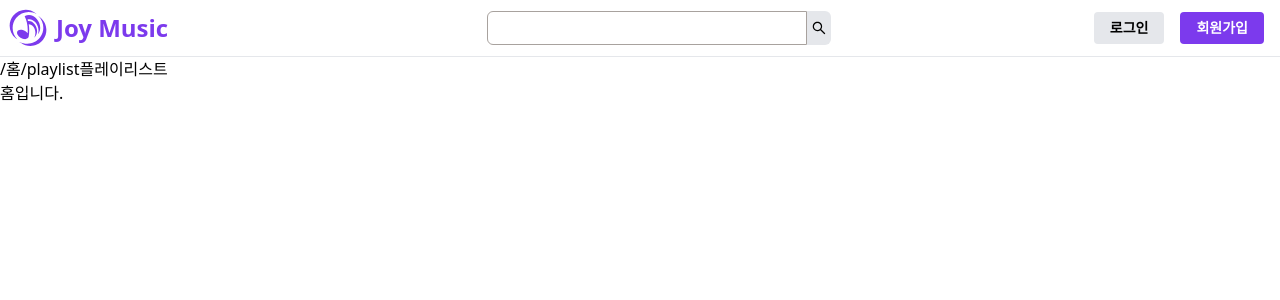
Repository: momo0170/joy-music
Page: /
An editor plug-in stored every save of this project. The page is shown before and after a run of saves, followed by the edit.
The browser window is 1280 px wide. The pictures show the whole page.
The project was rebuilt for these pictures with package versions that can differ from the ones it lists, and the page was loaded fresh each time. Also part of the build but not shown: src/App.css, src/router/Playlist.jsx.

Above is the page before, as saved 2023-09-25 14:24:42.

### public/index.html
<!DOCTYPE html>
<html lang="en">
  <head>
    <meta charset="utf-8" />
    <link rel="icon" href="%PUBLIC_URL%/favicon.ico" />
    <meta name="viewport" content="width=device-width, initial-scale=1" />
    <meta name="theme-color" content="#000000" />
    <meta
      name="description"
      content="Web site created using create-react-app"
    />
    <link rel="apple-touch-icon" href="%PUBLIC_URL%/logo192.png" />
    <!-- <link rel="manifest" href="%PUBLIC_URL%/manifest.json" /> -->

    <title>Joy Music</title>
  </head>
  <body>
    <div id="root"></div>
  </body>
</html>

### src/index.js
import React from 'react';
import ReactDOM from 'react-dom/client';
import './index.css';
import App from './App';
import { RouterProvider, createBrowserRouter } from 'react-router-dom';
import Home from './router/Home';
import Playlist from './router/Playlist';

const router = createBrowserRouter([
  {
    path: '/',
    element: <App />,
    children: [
      {
        index: true,
        element: <Home />,
      },
      {
        path: '/playlist',
        element: <Playlist />,
      },
    ],
  },
]);

const root = ReactDOM.createRoot(document.getElementById('root'));
root.render(
  <RouterProvider router={router}>
    <App />
  </RouterProvider>
);

### src/App.js
import { Outlet } from 'react-router-dom';
import './App.css';
import Header from './components/Header';
import MenuBar from './components/MenuBar';

function App() {
  return (
    <>
      <Header />
      <div>
        <MenuBar />
        <Outlet />
      </div>
    </>
  );
}

export default App;

### src/router/Home.jsx
import React from 'react';

export default function Home() {
  return <div>홈입니다.</div>;
}

### src/components/Header.jsx
import React from 'react';
import { GiMusicSpell } from 'react-icons/gi';
import { AiOutlineSearch } from 'react-icons/ai';
import { Link } from 'react-router-dom';

export default function Header() {
  return (
    <header className="flex justify-between p-2 border-b h-13 items-center">
      <Link to="/" className="flex items-center">
        <GiMusicSpell
          size="40"
          color="#7c3aed"
          className="hover:animate-spin"
        />
        <div className="text-violet-600 text-2xl ml-2 font-bold">Joy Music</div>
      </Link>

      <form className="flex transform translate-x-8">
        <input
          type="text"
          className="rounded-l-md border border-stone-400 p-1 px-2 focus:shadow-inner2 outline-none focus:border-violet-600 placeholder:text-sm hover:shadow-hoverInput hover:border-hoverInput w-80"
        />
        <button className="bg-gray-200 p-1 rounded-r-md box-border hover:bg-gray-300">
          <AiOutlineSearch />
        </button>
      </form>
      <div className="flex">
        <button className="bg-gray-200 mx-2 px-4 py-1.5 rounded text-sm font-semibold hover:bg-gray-300">
          로그인
        </button>
        <button className="bg-violet-600 text-white mx-2 px-4 py-1.5 rounded text-sm font-semibold hover:bg-violet-700">
          회원가입
        </button>
      </div>
    </header>
  );
}

### src/components/Menubar.jsx
import React from 'react';

export default function MenuBar() {
  const list = [
    ['/', '홈'],
    ['/playlist', '플레이리스트'],
  ];
  return <aside>{list}</aside>;
}

### tailwind.config.js
/** @type {import('tailwindcss').Config} */
module.exports = {
  content: ['./src/**/*.{js,jsx,ts,tsx}'],
  theme: {
    extend: {
      borderWidth: {
        1.5: '1.5px',
      },
      boxShadow: {
        inner2: '0 0 0 1.5px #7c3aed inset',
        hoverInput: '0 0 0 1px #ABABAB inset',
      },
      borderColor: {
        hoverInput: '#ABABAB',
      },
    },
  },
  plugins: [],
};

### src/components/Menubutton.jsx
import React from 'react';
import { Link } from 'react-router-dom';

export default function MenuButton({ text, path }) {
  return (
    <div>
      <Link to={path}>{text}</Link>
    </div>
  );
}

Loaded but not shown: src/index.css (common file)

After the next 3 saves:
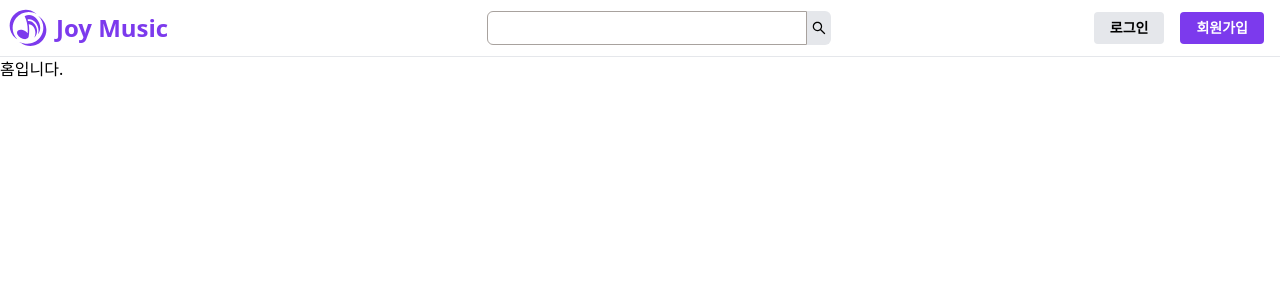
The 3 saves are shown as one change because 1 did not build or start and some came seconds apart.
The last was saved 57 s later.
--- a/src/components/Menubar.jsx
+++ b/src/components/Menubar.jsx
@@ -1,9 +1,16 @@
 import React from 'react';
+import MenuButton from './Menubutton';
 
 export default function MenuBar() {
   const list = [
     ['/', '홈'],
     ['/playlist', '플레이리스트'],
   ];
-  return <aside>{list}</aside>;
+  return (
+    <aside>
+      {list.map((item, idx) => (
+        <MenuButton key={idx} />
+      ))}
+    </aside>
+  );
 }
